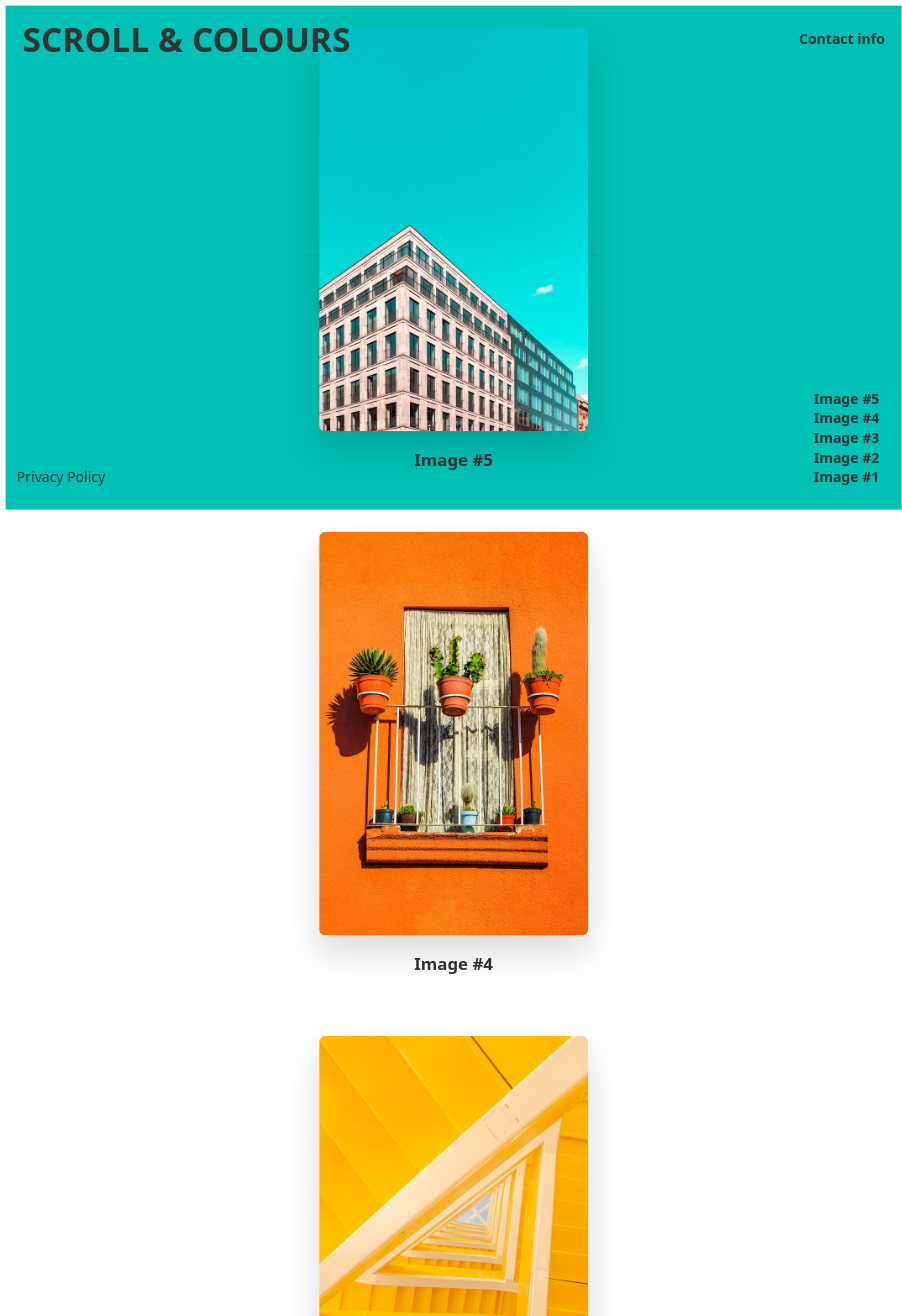
Repository: chelle-c/smooth-scroll-colours
Page: /
The author's editor kept a copy of each file at every save. The page is drawn from the files as they stood at one save, then again after the next save.
The browser window is 1280 px wide. The page is 1288 px wide, so the pictures cover 1288 px, including what lies to the right of the window. The pictures show the part of the page from y = 0 to 1880 px (the page is 3608 px tall), at 70% of full size.
The project was rebuilt for these pictures with package versions that can differ from the ones it lists, and the page was loaded fresh each time. Imported but missing from the stored project, and not drawn on this page: images.

Above is the page before, as saved 2022-09-25 17:47:47.

### src/App.svelte
<script>
	import '/images/';
	import { fade } from 'svelte/transition';

	let sections = [
		{ id: 1, image: 'red', alt: '', colour: '#00c1b5' },
		{ id: 2, image: 'blue', alt: '', colour: '#ff651a' },
		{ id: 3, image: 'yellow', alt: '', colour: '#ffbe00' },
		{ id: 4, image: 'orange', alt: '', colour: '#1d3fbb' },
		{ id: 5, image: 'turquoise', alt: '', colour: '#e30512' },
	].reverse();

	let y;
	let outerHeight;
	let colours = sections.map(x => x.colour);

	let backgroundColour;

	let setColour = () => {
		let colour;
		for (let index = 0; index < sections.length; index++) {
			(outerHeight * index) <= y < (outerHeight * (index + 1))
				? (colour = colours[index])
				: 'blueviolet';
		}
		console.log(outerHeight);
		backgroundColour = colour;
	};
</script>

<svelte:window
	bind:scrollY={y}
	bind:outerHeight
	on:scroll={() => setColour()}
/>

<main class="min-w-full min-h-screen flex flex-col scroll-smooth">
	<div
		id="background"
		transition:fade={{ delay: 25, duration: 500 }}
		class="min-w-full min-h-screen z-0 fixed"
		style="background-color: {backgroundColour}"
	/>

	<div
		class="min-w-full p-6 flex flex-row justify-between items-center z-10 fixed"
	>
		<div>
			<h1 class="font-sans font-bold text-5xl uppercase">
				Scroll & Colours
			</h1>
		</div>
		<div class="font-sans font-bold text-xl">Contact info</div>
	</div>

	{#each [...sections] as { id, image, alt }}
		<section
			class="flex flex-col justify-center items-center min-w-full min-h-screen justify-center items-center transition-colors snap-always snap-center"
			id="section{id}"
		>
			<div class="drop-shadow-2xl">
				<img
					class="w-96 rounded-lg"
					src="/images/image-{image}.jpg"
					{alt}
				/>
			</div>
			<h3 class="font-sans font-bold text-2xl p-6">Image #{id}</h3>
		</section>
	{/each}

	<div
		class="min-w-full p-6 flex flex-row justify-between items-end z-10 fixed bottom-0 left-0 pointer-events-none"
	>
		<div class="font-sans text-xl pointer-events-auto">Privacy Policy</div>
		<div class="font-sans font-semibold text-xl pointer-events-auto">
			<ul>
				<li><a href="#section5">Image #5</a></li>
				<li><a href="#section4">Image #4</a></li>
				<li><a href="#section3">Image #3</a></li>
				<li><a href="#section2">Image #2</a></li>
				<li><a href="#section1">Image #1</a></li>
			</ul>
		</div>
	</div>
</main>

<style global lang="postcss">
	@tailwind base;
	@tailwind components;
	@tailwind utilities;

	:global(body) {
		margin: 0;
		padding: 0;
		overflow: hidden;
		max-height: 100vh;
		overflow-x: hidden;
		overflow-y: scroll;
		scroll-snap-type: mandatory; /* for older browsers */
		scroll-snap-points-y: repeat(100vh); /* for older browsers */
		scroll-snap-type: y mandatory;
		background: transparent;
		scrollbar-width: none;
	}

	.scrollsnap-container {
		max-height: 100vh;
		overflow-x: hidden;
		overflow-y: scroll;
		scroll-snap-type: mandatory; /* for older browsers */
		scroll-snap-points-y: repeat(100vh); /* for older browsers */
		scroll-snap-type: y mandatory;
		background: transparent;
		scrollbar-width: none;
	}

	a,
	a:visited {
		color: inherit;
	}

	section {
		display: flex;
		justify-content: center;
		align-items: center;
		width: 100vw;
		height: 100vh;
		scroll-snap-align: start;
		position: relative;
		background: inherit;
		transition: background-color 1s linear;
	}
</style>

### tailwind.config.js
/** @type {import('tailwindcss').Config} */
const production = process.env.NODE_ENV !== 'development'
module.exports = {
	future: {
		purgeLayersByDefault: true,
		removeDeprecatedGapUtilities: true,
	},
	purge: {
		content: ['./src/**/*.svelte'],
		enabled: production, // disable purge in dev
	},
	content: [],
	theme: {
		extend: {},
	},
	plugins: [],
};

### public/global.css
html, body {
	position: relative;
	width: 100%;
	height: 100%;
}

body {
	color: #333;
	margin: 0;
	padding: 8px;
	box-sizing: border-box;
	font-family: -apple-system, BlinkMacSystemFont, "Segoe UI", Roboto, Oxygen-Sans, Ubuntu, Cantarell, "Helvetica Neue", sans-serif;
}

a {
	color: rgb(0,100,200);
	text-decoration: none;
}

a:hover {
	text-decoration: underline;
}

a:visited {
	color: rgb(0,80,160);
}

label {
	display: block;
}

input, button, select, textarea {
	font-family: inherit;
	font-size: inherit;
	-webkit-padding: 0.4em 0;
	padding: 0.4em;
	margin: 0 0 0.5em 0;
	box-sizing: border-box;
	border: 1px solid #ccc;
	border-radius: 2px;
}

input:disabled {
	color: #ccc;
}

button {
	color: #333;
	background-color: #f4f4f4;
	outline: none;
}

button:disabled {
	color: #999;
}

button:not(:disabled):active {
	background-color: #ddd;
}

button:focus {
	border-color: #666;
}

Loaded but not shown: public/index.html (common file); src/main.js (common file)

After the next save:
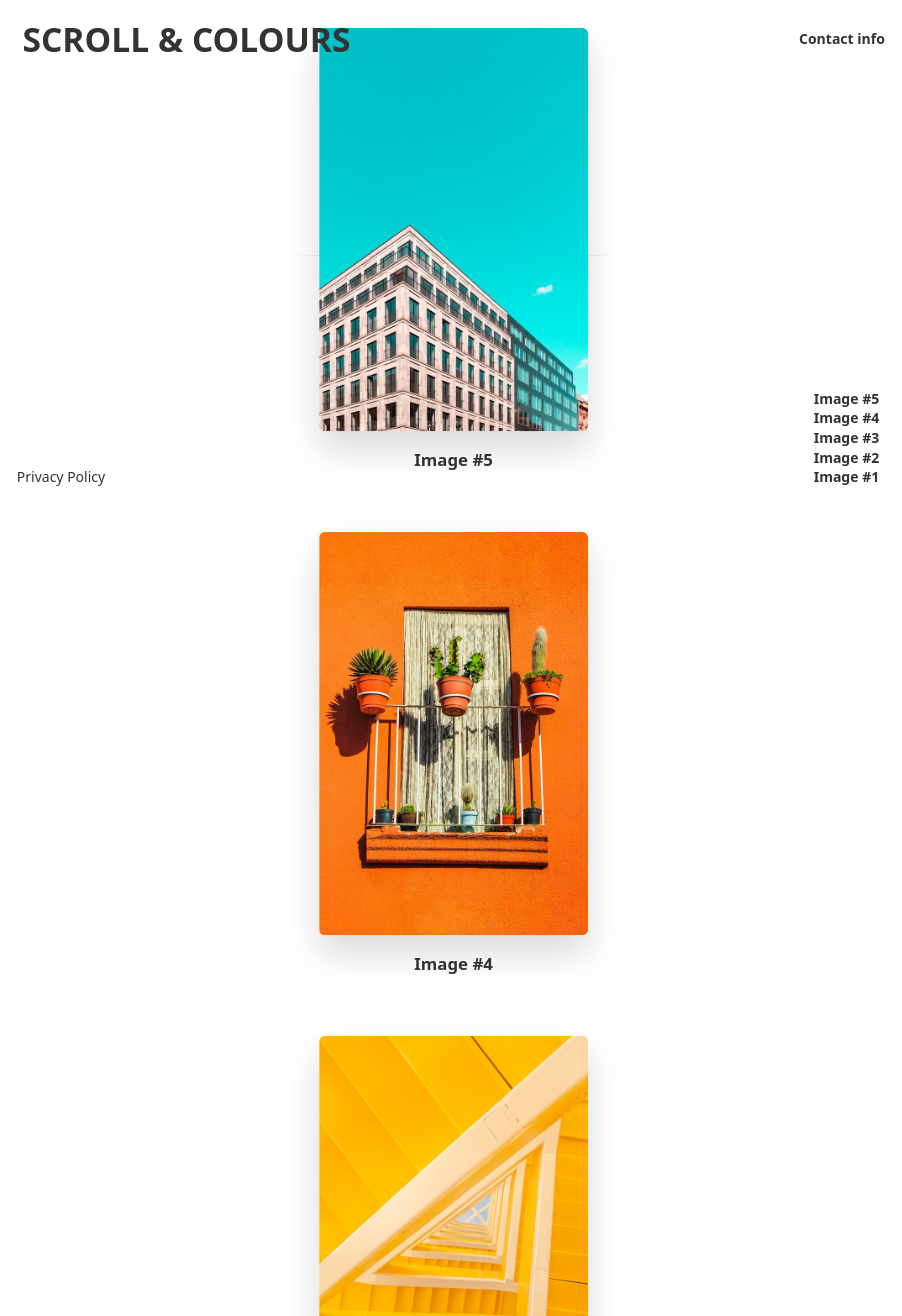
Console error: ReferenceError: index is not defined
Saved 62 s later.
--- a/src/App.svelte
+++ b/src/App.svelte
@@ -23,7 +23,7 @@
 				? (colour = colours[index])
 				: 'blueviolet';
 		}
-		console.log(outerHeight);
+		console.log((outerHeight * index), (outerHeight * (index + 1)));
 		backgroundColour = colour;
 	};
 </script>

After the save that followed:
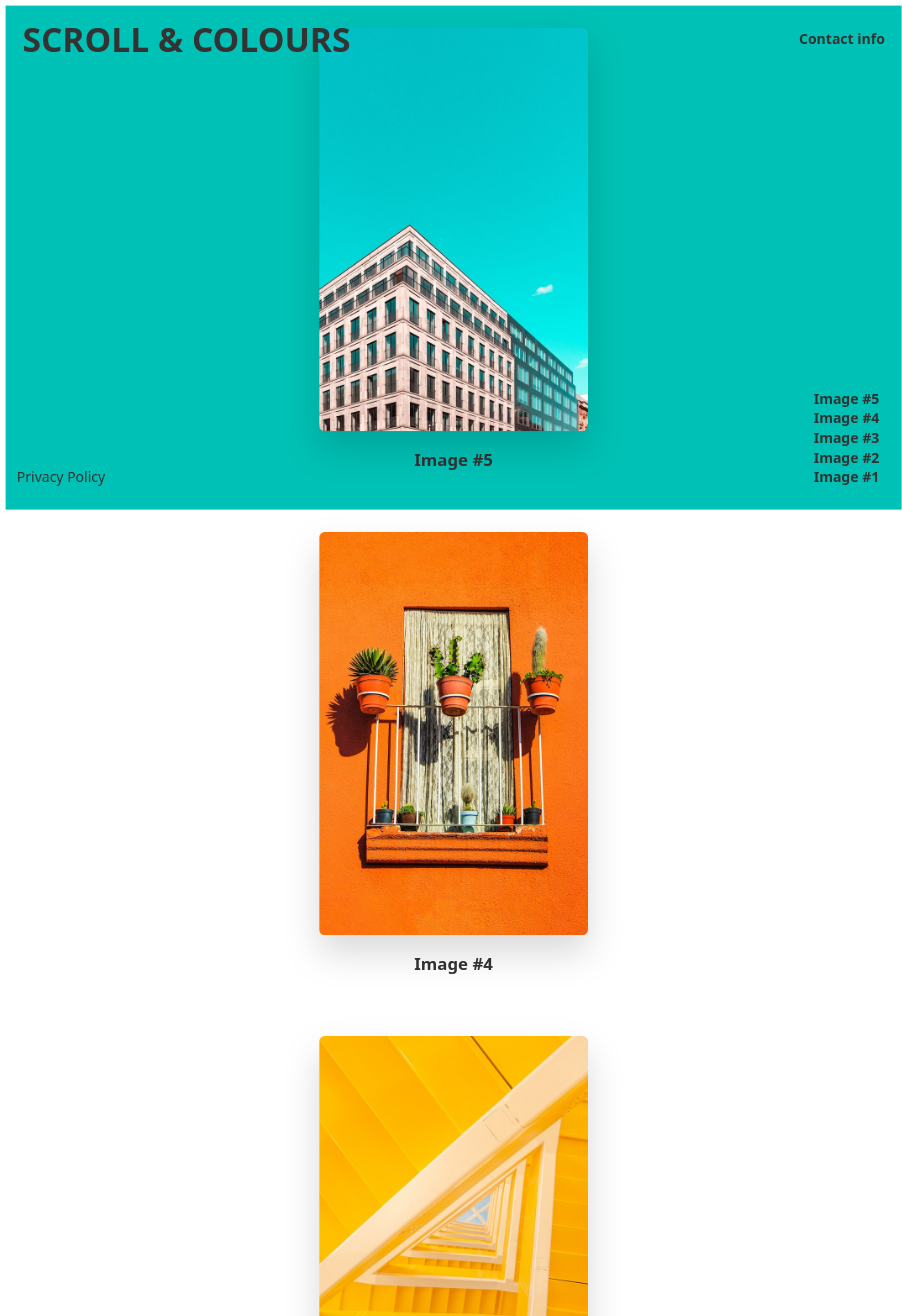
The error is gone.
Saved 34 s later.
--- a/src/App.svelte
+++ b/src/App.svelte
@@ -22,8 +22,8 @@
 			(outerHeight * index) <= y < (outerHeight * (index + 1))
 				? (colour = colours[index])
 				: 'blueviolet';
+		console.log((outerHeight * index), (outerHeight * (index + 1)));
 		}
-		console.log((outerHeight * index), (outerHeight * (index + 1)));
 		backgroundColour = colour;
 	};
 </script>
